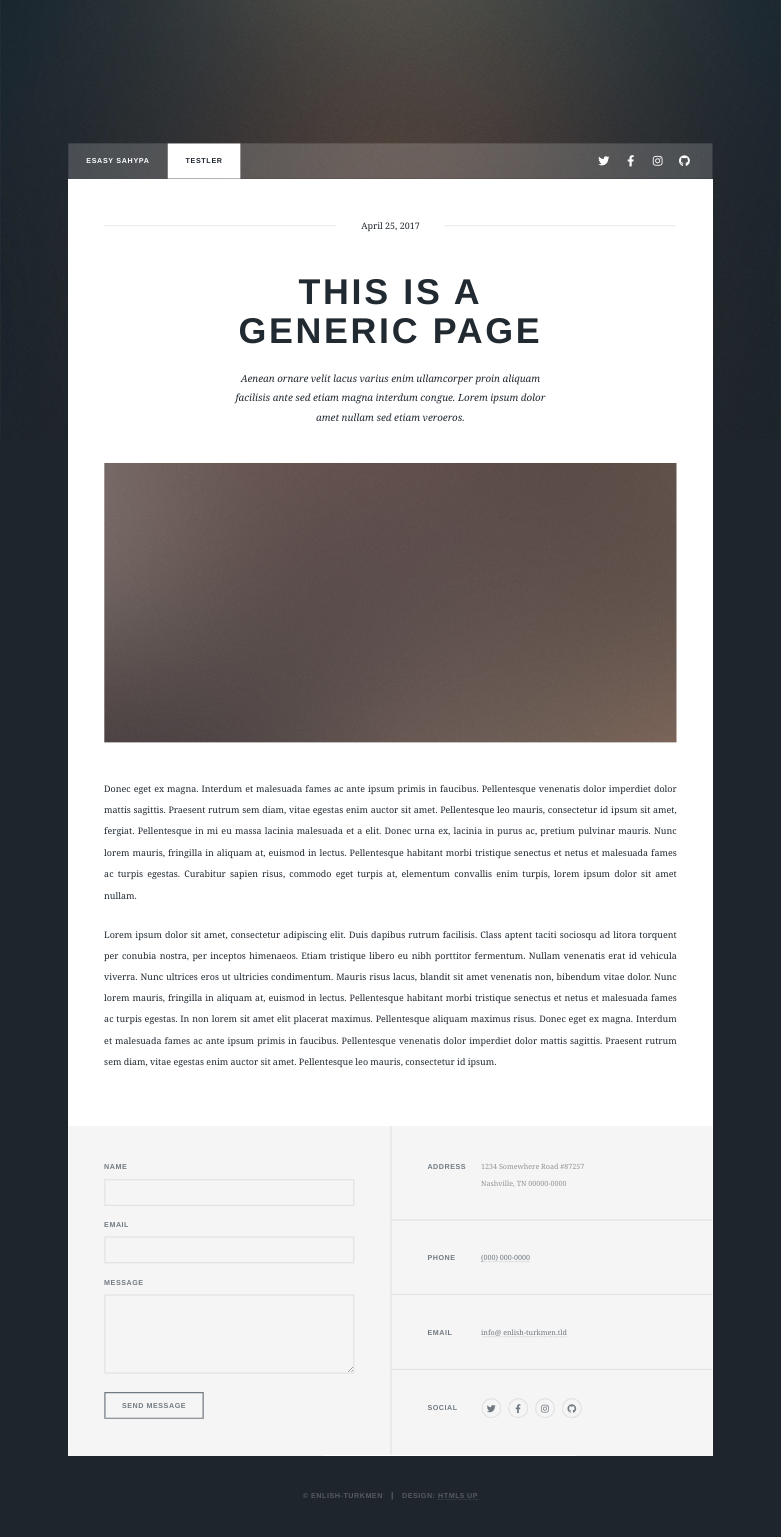
Repository: Sahet-dev/English-grammar-app
Page: generic.html
These files come from the project's save history. The page is drawn as it stood at one moment and after the next save; the edit follows.
The browser window is 1280 px wide. The pictures show the whole page, at 61% of full size.
Some web fonts or font styles are not loaded; a fallback is used.

Above is the page before, as saved 2022-06-27 05:12:53.

After the next save:
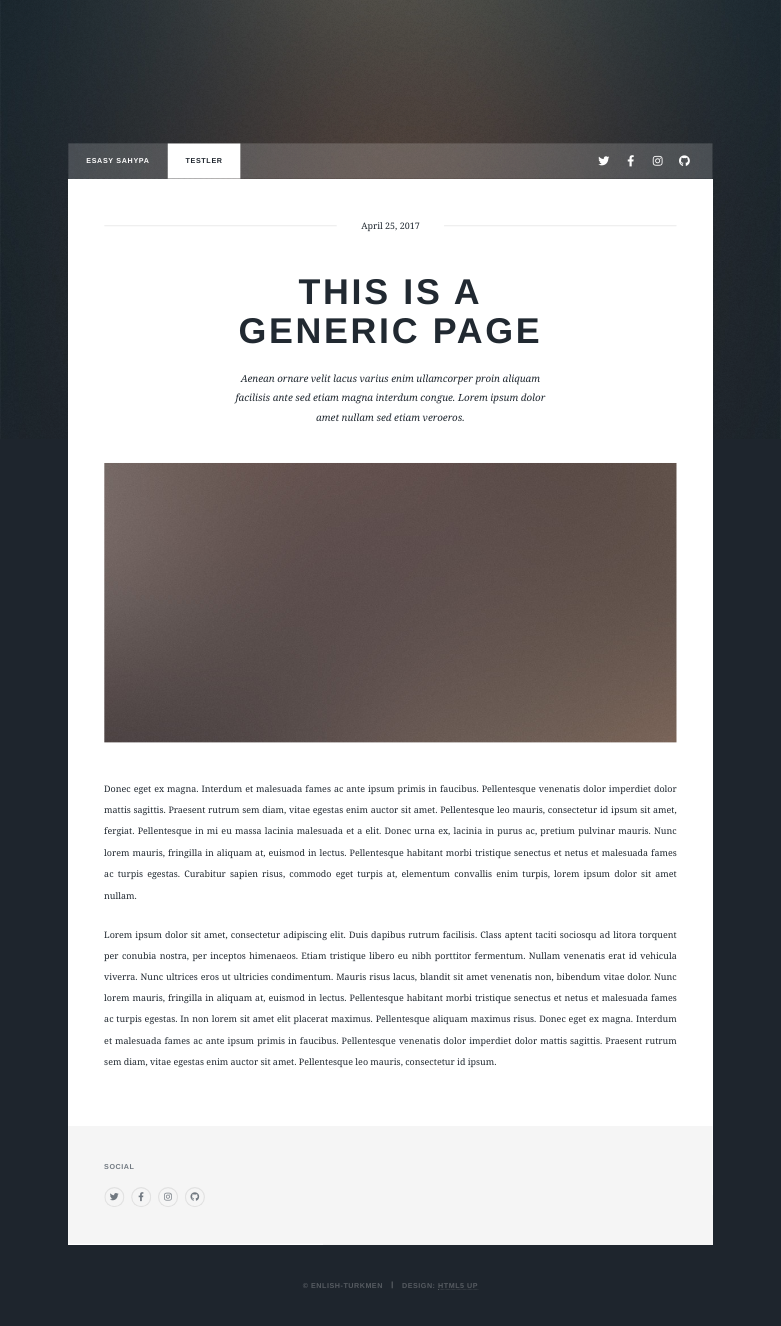
Saved 48 s later.
--- a/generic.html
+++ b/generic.html
@@ -59,41 +59,7 @@
 
 				<!-- Footer -->
 					<footer id="footer">
-						<section>
-							<form method="post" action="#">
-								<div class="fields">
-									<div class="field">
-										<label for="name">Name</label>
-										<input type="text" name="name" id="name" />
-									</div>
-									<div class="field">
-										<label for="email">Email</label>
-										<input type="text" name="email" id="email" />
-									</div>
-									<div class="field">
-										<label for="message">Message</label>
-										<textarea name="message" id="message" rows="3"></textarea>
-									</div>
-								</div>
-								<ul class="actions">
-									<li><input type="submit" value="Send Message" /></li>
-								</ul>
-							</form>
-						</section>
-						<section class="split contact">
-							<section class="alt">
-								<h3>Address</h3>
-								<p>1234 Somewhere Road #87257<br />
-								Nashville, TN 00000-0000</p>
-							</section>
-							<section>
-								<h3>Phone</h3>
-								<p><a href="#">(000) 000-0000</a></p>
-							</section>
-							<section>
-								<h3>Email</h3>
-								<p><a href="#">info@ enlish-turkmen.tld</a></p>
-							</section>
+
 							<section>
 								<h3>Social</h3>
 								<ul class="icons alt">
